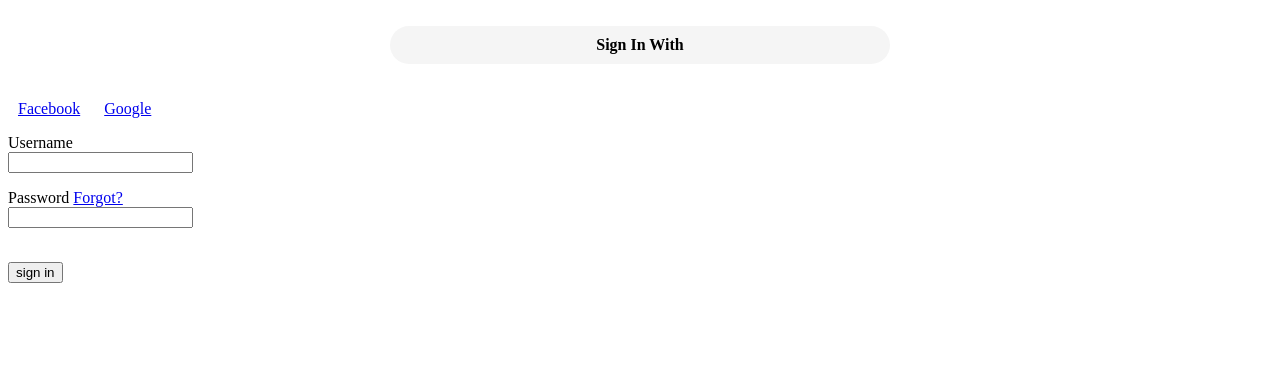
Repository: Tobby004/bdc-assignment-2
Page: index.html
The author's editor kept a copy of each file at every save. The page is drawn from the files as they stood at one save, then again after the next save.
The browser window is 1280 px wide. The pictures show the whole page.

Above is the page before, as saved 2023-02-11 06:40:19.

### index.html
<!DOCTYPE html>
<html lang="en">
<head>
    <meta charset="UTF-8">
    <meta http-equiv="X-UA-Compatible" content="IE=edge">
    <meta name="viewport" content="width=<device-width>, initial-scale=1.0">
    <title>Document</title>
    <link rel="stylesheet" href="task.css">
</head>
<body>
    <header>
    <div class="box-container">
        <div class="box1">
        <br>
            <b>
             Sign In With
            </b>
        <br>
        <br>
        <a href="#">
            Facebook</a>
            <a href="#">
                Google
            </a>
        </div>
            </div>
        </header>


        <div class="form-input">
        <p>Username
            <br>
            <input type="text" placeholder="" />
        </p>
         <p>Password
            <a href="#">Forgot?</a>
            <br>
            <input type="password" />
         </p>
         <br>
         <button>sign in</button>
        </div>

</body>
</html>

### task.css
*{
    box-sizing:border-box;
}
header b {
    background-color:whitesmoke ;
    display: flex;
    padding: 10px;
    border-radius: 40px;
    margin-right: auto;
    margin-left: auto;
    max-width: 500px;
    justify-content: center;
}
header a {
    padding: 10px;
    display: flexbox;
    width: 20px;
    max-width: 500px

}

After the next save:
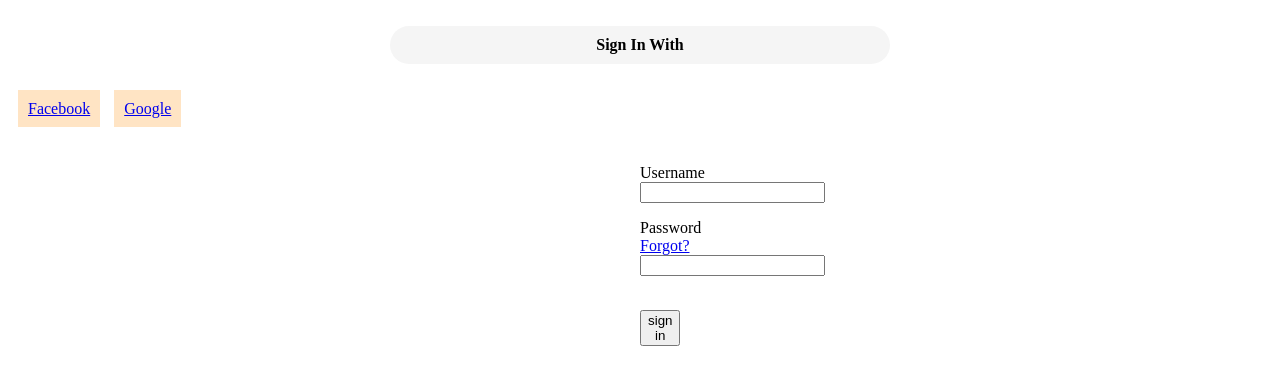
Saved 5 min 8 s later.
--- a/task.css
+++ b/task.css
@@ -14,7 +14,15 @@ header b {
 header a {
     padding: 10px;
     display: flexbox;
+    background-color: bisque;
+    margin-left: 10px;
+    max-width: 500px
+}
+.form-input{
+    display: block;
+    max-width: 500px;
     width: 20px;
-    max-width: 500px
-
+    padding: 30px;
+    margin-left: auto;
+    margin-right: auto;
 }
